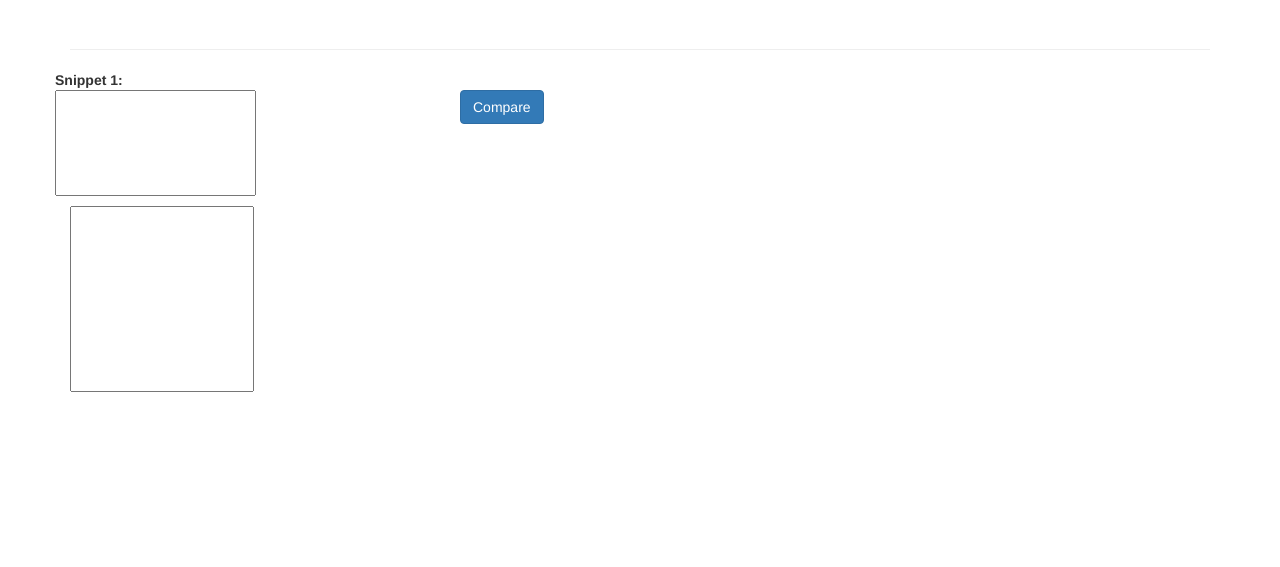
Repository: d4rkm3z/JSPerfomance
Page: index.html
These files come from the project's save history. The page is drawn as it stood at one moment and after a run of saves; the edit follows.
The browser window is 1280 px wide. The pictures show the whole page.

Above is the page before, as saved 2016-10-25 18:08:04.

### index.html
<!DOCTYPE html>
<html lang="en">

<head>
  <title></title>
  <meta charset="UTF-8">
  <meta name="viewport" content="width=device-width, initial-scale=1">
  <link href="src/css/style.css" rel="stylesheet">
  <link href="src/bootstrap/css/bootstrap.min.css" rel="stylesheet">
</head>

<body>
  <div class="container">
    <div class="page-header"></div>
    <div class="row">
      <div class="col-md-4">
        <div class="row">
          <label>
          Snippet 1:<br>
          <span class="snippets-group span-snippets">
            <textarea id="" rows="5" cols="20" style="resize:none"></textarea>
          </span>
          </label>
        </div>

      </div>
      <div class="col-md-4">
        <button type="button" id="calculate" class="btn btn-primary btn-default btn-compare">Compare</button>
      </div>
    </div>
    <div class="row">
      <div class="col-md-4">
        <span class="snippets-group snippet-result">
          <textarea id="result" rows="9" cols="20" style="resize:none"></textarea>
        </span>
      </div>
    </div>
  </div>
  <script src="src/js/jquery-3.1.1.min.js"></script>
  <script src="src/js/app.js"></script>
</body>

</html>

### src/css/style.css
.btn-compare{
  margin-top:20px !important;
}

### src/js/app.js
//view
class View {
  setResults(result) {
    $('#result').text(result);
  }
  getFragmentCodes() {
    let codes = [];
    let textareas = $('.span-snippets textarea');
    for (let i of textareas) {
      codes.push(i.value);
    }
    return codes;
  }
}

//controller
class CalculateTime {
  constructor() {
    this._start = 0;
  }
  getWorkedTime() {
    let timeNow = new Date().getTime();
    let elapsed = timeNow - this._start;
    return elapsed;
  }
  start() {
    this._start = new Date().getTime();
  }
}
class CalculateResults {
  constructor(mediator) {
    this.mediator = mediator;
  }
  getPerfectScript() {
    let calculates = this.mediator.model.getCalculates();
    let mean = [];

    for (let i in calculates) {
      mean[i] = calculates[i] / 1000;
    }

    let result = mean.indexOf(Math.max(...mean));
    return `Snippet ${result+1} fastly`;
  }
}
class TestCode {
  constructor(mediator) {
    this.mediator = mediator;
    this.calculateTime = mediator.calculateTime;
  }
  addCalculate(obj) {
    this.mediator.addCalculate(obj);
  }
  runTest(fragmentCodes) {
    for (let i in fragmentCodes) {
      let workedTime = 0;

      for (let j = 0; j <= 1000; j++) {
        this.calculateTime.start();
        this.runCalculate(fragmentCodes[i]);
        workedTime += this.calculateTime.getWorkedTime();
      }
      console.log(workedTime);
      this.addCalculate({
        id: i,
        value: workedTime
      });
    }
  }
  runCalculate(code) {
    try{
      eval(code);
    } catch(e){
      this.mediator.result = e.message;
    }
  }
}
class Controller {
  constructor() {
    self = this;
    self.view = new View();
    self.model = new Model();

    self.calculateTime = new CalculateTime();
    self.calculateResults = new CalculateResults(self);
    self.testCode = new TestCode(self);
  }
  runCompare() {
    self.fragmentCodes = self.view.getFragmentCodes();
    self.model.setLengthCalculate(self.fragmentCodes.length);
    self.testCode.runTest(self.fragmentCodes);
    self.result = self.calculateResults.getPerfectScript();
    self.setResult();
  }
  addCalculate(obj) {
    self.model.addCalculate(obj)
  }
  setResult() {
    self.view.setResults(self.result);
  }
}

//model
class Model {
  constructor() {
    this.calculates = [];
  }
  setLengthCalculate(length) {
    this.calculates = new Array(length);
  }
  addCalculate(obj) {
    console.log(obj);
    let id = Number(obj.id);
    let value = obj.value;
    if (this.calculates[id] === undefined) {
      this.calculates[id] = [];
    }
    this.calculates[id] = Number(value) + Number(this.calculates[id]);
    console.log(this.calculates)
  }
  getCalculates() {
    return this.calculates;
  }
}

var app = new Controller();
$('#calculate').on('click', app.runCompare);

Loaded but not shown: src/bootstrap/css/bootstrap.min.css (library); src/js/jquery-3.1.1.min.js (library)

After the next 2 saves:
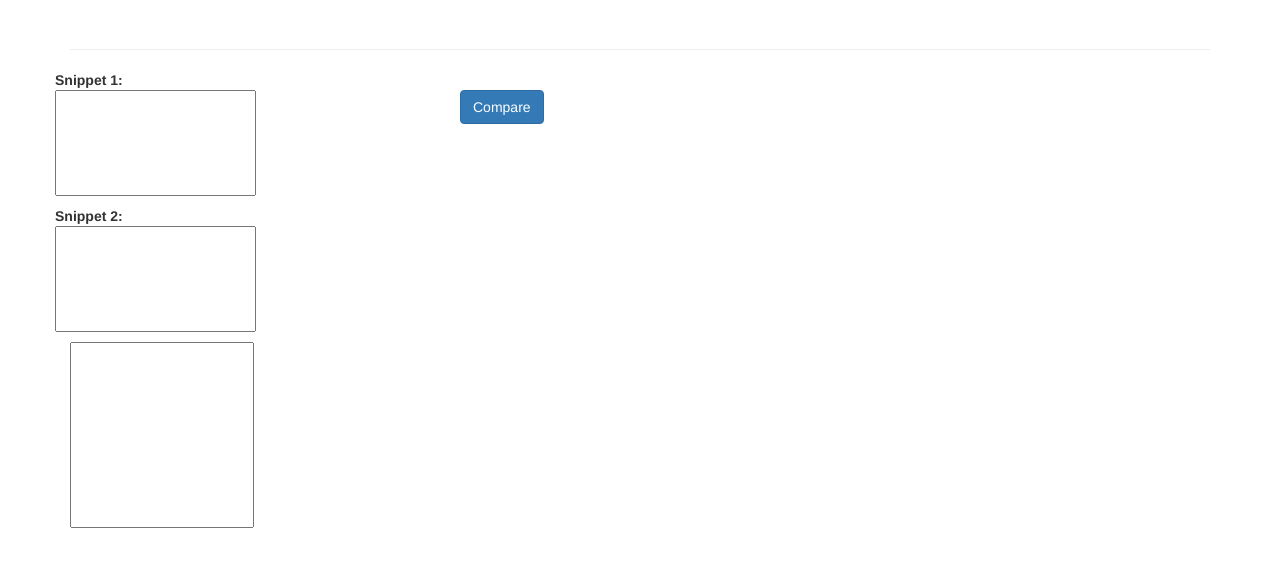
The 2 saves are shown as one change because they came seconds apart.
The last was saved 8 s later.
--- a/index.html
+++ b/index.html
@@ -21,6 +21,12 @@
             <textarea id="" rows="5" cols="20" style="resize:none"></textarea>
           </span>
           </label>
+          <label>
+          Snippet 2:<br>
+          <span class="snippets-group span-snippets">
+            <textarea id="" rows="5" cols="20" style="resize:none"></textarea>
+          </span>
+        </label>
         </div>
 
       </div>
